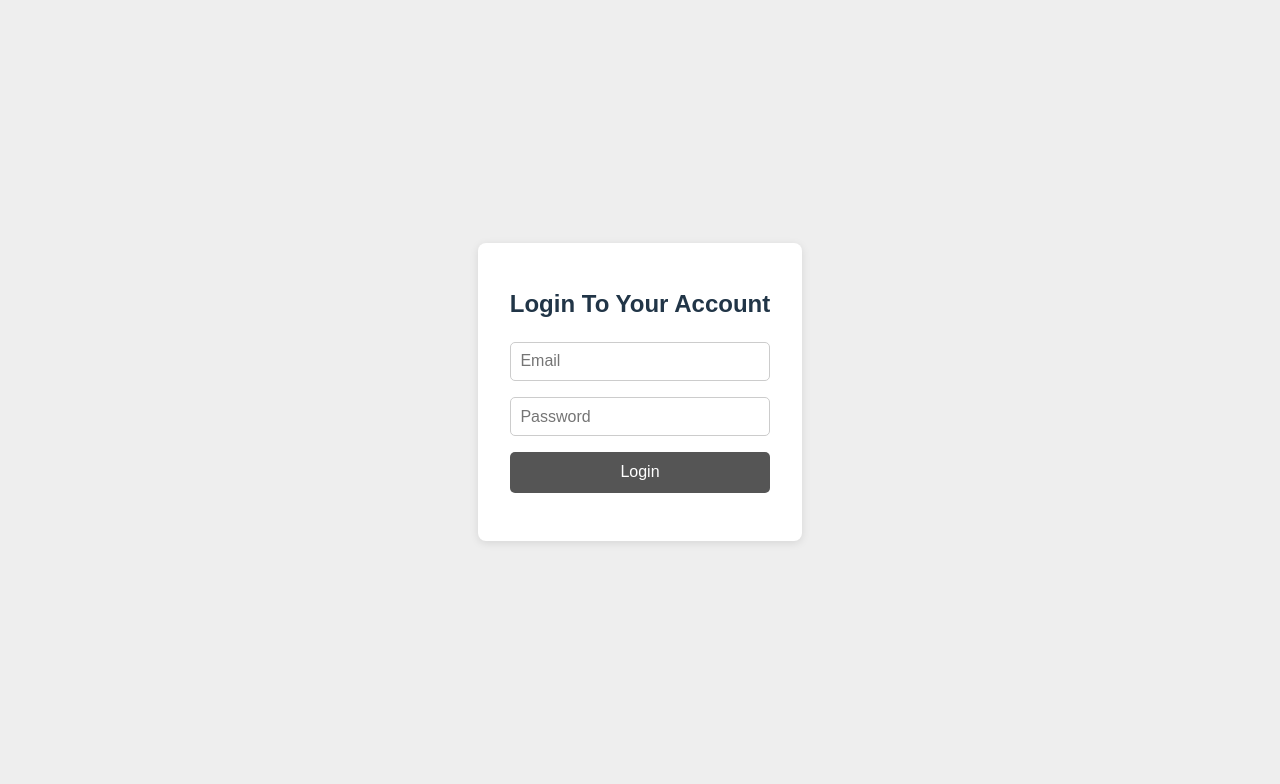
Repository: revathithiruvasagan/cuic26
Page: / (app in testapp/)
These files come from the project's save history. The page is drawn as it stood at one moment and after a run of saves; the edit follows.
The browser window is 1280 px wide. The pictures show the whole page.
The project was rebuilt for these pictures with package versions that can differ from the ones it lists, and the page was loaded fresh each time. Also part of the build but not shown: testapp/vite.config.js.

Above is the page before, as saved 2025-05-30 20:54:25.

### testapp/src/App.jsx
import { useState } from 'react';
import Login from './components/Login';
import './App.css';

function App() {
  const [user, setUser] = useState(null);

  const handleLoginSuccess = (userData) => {
    setUser(userData);
  };

  const handleLogout = () => {
    setUser(null);
  };

  return (
    <div className="App">
      {!user ? (
        <Login onLoginSuccess={handleLoginSuccess} />
      ) : (
        <div className="dashboard">
          <div className="dashboard-header">
            <h1>Welcome, {user.name || user.email}!</h1>
            <button onClick={handleLogout} className="logout-btn">
              Logout
            </button>
          </div>
          <div className="dashboard-content">
            <div className="user-info">
              <h2>User Information</h2>
              <p><strong>Email:</strong> {user.email}</p>
              <p><strong>User ID:</strong> {user.id}</p>
              <p><strong>Login Time:</strong> {new Date().toLocaleString()}</p>
            </div>
            <div className="login-data">
              <h2>Console Output</h2>
              <p>Check the browser console to see the JSON login data that was logged.</p>
              <code>
                {JSON.stringify(user, null, 2)}
              </code>
            </div>
          </div>
        </div>
      )}
    </div>
  );
}

export default App;

### testapp/src/components/Login.jsx
import { useState } from "react";
import { loginUser, validateEmail } from "../utils/auth";
import "../styles/Login.css";

const Login = () => {
  const [formData, setFormData] = useState({
    email: "",
    password: "",
  });
  const [errors, setErrors] = useState({});
  const [message, setMessage] = useState(null);
  const [loading, setLoading] = useState(false);

  const handleChange = (e) => {
    const { name, value } = e.target;
    setFormData((prev) => ({
      ...prev,
      [name]: value,
    }));

    if (errors[name]) {
      setErrors((prev) => ({
        ...prev,
        [name]: "",
      }));
    }
  };

  const handleBlur = (e) => {
    const { name, value } = e.target;

    if (name === "email" && value && !validateEmail(value)) {
      setErrors((prev) => ({
        ...prev,
        email: "Please enter a valid email address",
      }));
    }
  };

  const handleSubmit = async (e) => {
    e.preventDefault();

    setErrors({});
    setMessage(null);

    // Validation
    const newErrors = {};

    if (!formData.email) {
      newErrors.email = "Email is required";
    } else if (!validateEmail(formData.email)) {
      newErrors.email = "Please enter a valid email address";
    }

    if (!formData.password) {
      newErrors.password = "Password is required";
    } else if (formData.password.length < 6) {
      newErrors.password = "Password must be at least 6 characters";
    }

    if (Object.keys(newErrors).length > 0) {
      setErrors(newErrors);
      return;
    }

    setLoading(true);

    try {
      const result = await loginUser(formData);

      if (result.success) {
        setMessage({ type: "success", text: result.message });

        setFormData({ email: "", password: "" });
      } else {
        setMessage({ type: "error", text: result.message });
      }
    } catch (error) {
      console.error("Login error:", error);
      setMessage({ type: "error", text: "An error occurred during login" });
    } finally {
      setLoading(false);
    }
  };

  return (
    <div className="login-page">
      <div className="login-container">
        <form onSubmit={handleSubmit} noValidate>
          {message && (
            <div className={`alert ${message.type}`}>
              <p>{message.text}</p>
            </div>
          )}

          <h1 className="login-title">Login To Your Account</h1>

          <div className="form-group">
            <input
              type="email"
              name="email"
              value={formData.email}
              onChange={handleChange}
              onBlur={handleBlur}
              className={`form-control ${errors.email ? "error" : ""}`}
              placeholder="Email"
              required
            />
            {errors.email && (
              <div
                className="alert error"
                style={{ marginTop: "0.5rem", marginBottom: 0 }}
              >
                {errors.email}
              </div>
            )}
          </div>

          <div className="form-group">
            <input
              type="password"
              name="password"
              value={formData.password}
              onChange={handleChange}
              className={`form-control ${errors.password ? "error" : ""}`}
              placeholder="Password"
              required
            />
            {errors.password && (
              <div
                className="alert error"
                style={{ marginTop: "0.5rem", marginBottom: 0 }}
              >
                {errors.password}
              </div>
            )}
          </div>

          <div className="form-group">
            <button type="submit" className="login-btn" disabled={loading}>
              {loading && <span className="spinner"></span>}
              {loading ? "Signing In..." : "Login"}
            </button>
          </div>
        </form>
      </div>
    </div>
  );
};

export default Login;

### testapp/src/utils/auth.js
// Authentication utility functions
export const validateEmail = (email) => {
  const emailRegex = /^[^\s@]+@[^\s@]+\.[^\s@]+$/;
  return emailRegex.test(email);
};


export const validatePassword = (password) => {
  if (!password) {
    return { isValid: false, message: 'Password is required' };
  }

  if (password.length < 6) {
    return { isValid: false, message: 'Password must be at least 6 characters' };
  }

  if (password.length < 8) {
    return { isValid: true, message: 'Password strength: Weak' };
  }

  const hasUpperCase = /[A-Z]/.test(password);
  const hasLowerCase = /[a-z]/.test(password);
  const hasNumbers = /\d/.test(password);
  const hasSpecialChar = /[!@#$%^&*(),.?":{}|<>]/.test(password);

  const strengthCount = [hasUpperCase, hasLowerCase, hasNumbers, hasSpecialChar].filter(Boolean).length;

  if (strengthCount >= 3) {
    return { isValid: true, message: 'Password strength: Strong' };
  } else if (strengthCount >= 2) {
    return { isValid: true, message: 'Password strength: Medium' };
  } else {
    return { isValid: true, message: 'Password strength: Weak' };
  }
};


export const loginUser = async (credentials) => {

  await new Promise(resolve => setTimeout(resolve, 500));

  //Console log
  console.log('Login Data:', JSON.stringify(credentials, null, 2));

  return {
    success: true,
    message: 'Login data logged to console successfully!'
  };
};

//Log data
export const formatUserData = (user) => {
  const formatted = {
    email: user.email,
    loginTime: new Date().toISOString()
  };


  console.log('Formatted user data:', JSON.stringify(formatted, null, 2));

  return formatted;
};


export const setUserSession = (userData) => {
  console.log('User session data:', JSON.stringify(userData, null, 2));
};


export const clearUserSession = () => {
  console.log('User session cleared at:', new Date().toISOString());
};


export const getUserSession = () => {
  console.log('Getting user session - none stored');
  return null;
};

### testapp/src/styles/Login.css


body {
  margin: 0;
  padding: 0;
  background-color: #eee;
  font-family: sans-serif;
}

.login-page {
  display: flex;
  justify-content: center;
  align-items: center;
  height: 100vh;
}

.login-container {
  background-color: white;
  padding: 2rem;
  border-radius: 8px;
  width: 100%;
  max-width: 350px;
  box-shadow: 0 2px 8px rgba(0, 0, 0, 0.1);
}

.login-title {
  text-align: center;
  margin-bottom: 1.5rem;
  font-size: 1.5rem;
}

.form-group {
  margin-bottom: 1rem;
}

.form-control {
  width: 100%;
  padding: 0.6rem;
  font-size: 1rem;
  border: 1px solid #ccc;
  border-radius: 5px;
  box-sizing: border-box;
}

.form-control.error {
  border-color: #e74c3c;
}

.alert {
  font-size: 0.9rem;
  padding: 0.5rem;
  border-radius: 4px;
  margin-top: 0.5rem;
  color: #721c24;
  background-color: #f8d7da;
}

.login-btn {
  width: 100%;
  padding: 0.7rem;
  background-color: #555;
  color: white;
  border: none;
  border-radius: 5px;
  cursor: pointer;
}

.login-btn:hover {
  background-color: #333;
}

Loaded but not shown: testapp/index.html (common file); testapp/src/main.jsx (common file); testapp/src/index.css (common file); testapp/src/App.css (common file)

After the next 2 saves:
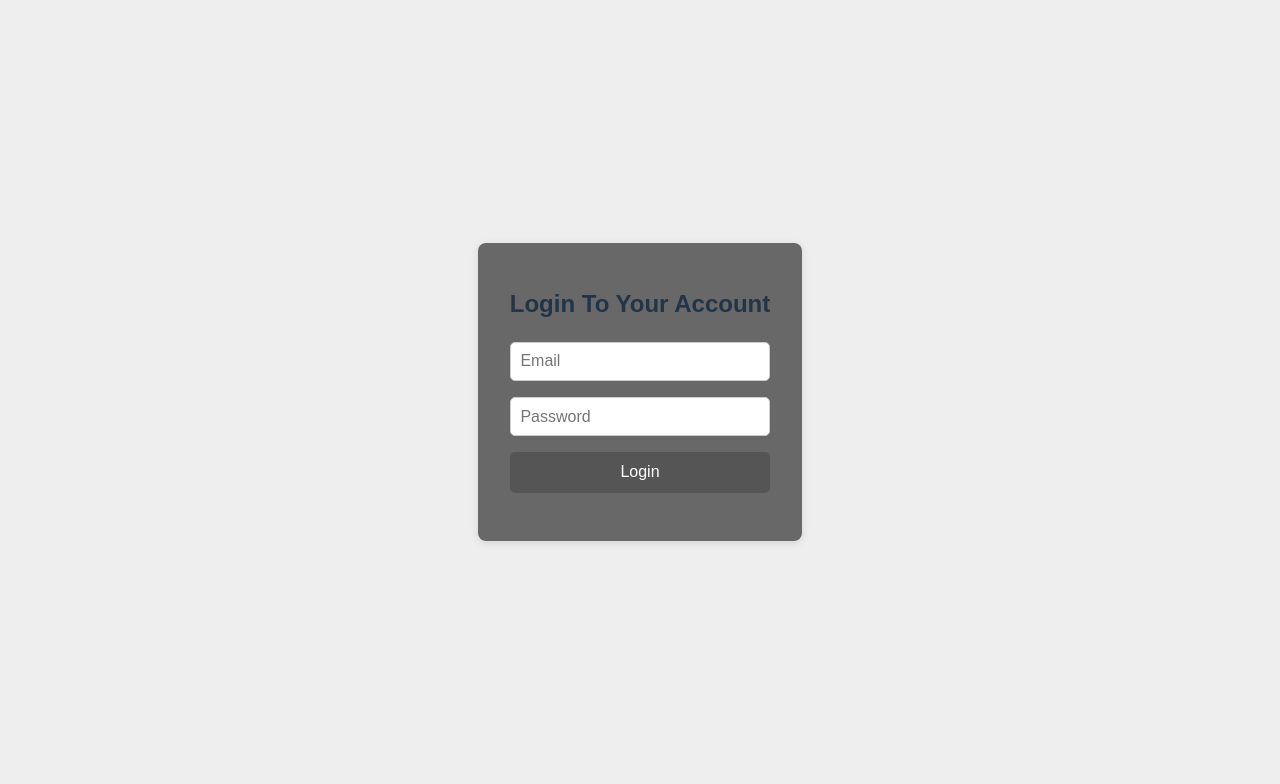
The 2 saves are shown as one change because they came seconds apart.
The last was saved 18 s later.
--- a/testapp/src/styles/Login.css
+++ b/testapp/src/styles/Login.css
@@ -15,7 +15,7 @@ body {
 }
 
 .login-container {
-  background-color: white;
+  background-color: rgb(104, 104, 104);
   padding: 2rem;
   border-radius: 8px;
   width: 100%;
